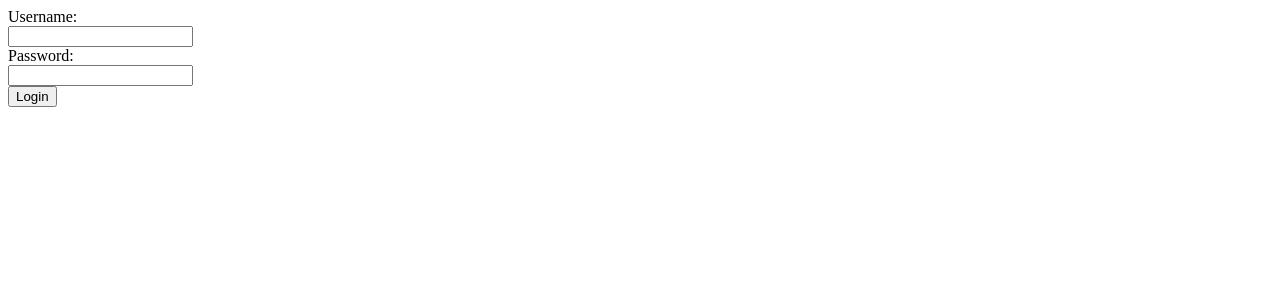
Repository: niksm96/ServletPro
Page: LoginRegistrationApp/WebContent/Index.html
The author's editor kept a copy of each file at every save. The page is drawn from the files as they stood at one save, then again after the next save.
The browser window is 1280 px wide. The pictures show the whole page.

Above is the page before, as saved 2019-01-22 09:34:10.

### LoginRegistrationApp/WebContent/Index.html
<!DOCTYPE html>
<html>
<head>
<meta charset="UTF-8">
<title>Login</title>
</head>
<body>
<form action="login" method="post">
Username:<br>
<input type="text" name="username"><br>
Password:<br>
<input type="text" name="password"><br>
<button type="submit" value="login">Login</button>
</form>
</body>
</html>

After the next save:
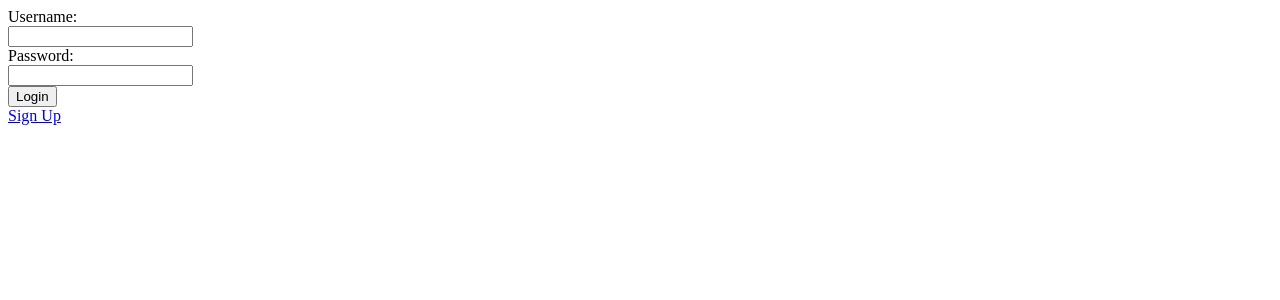
Saved 3 min 3 s later.
--- a/LoginRegistrationApp/WebContent/Index.html
+++ b/LoginRegistrationApp/WebContent/Index.html
@@ -11,6 +11,10 @@ Username:<br>
 Password:<br>
 <input type="text" name="password"><br>
 <button type="submit" value="login">Login</button>
+<div>
+<a href="Index.html">Sign Up</a>
+</div>
+
 </form>
 </body>
 </html>
